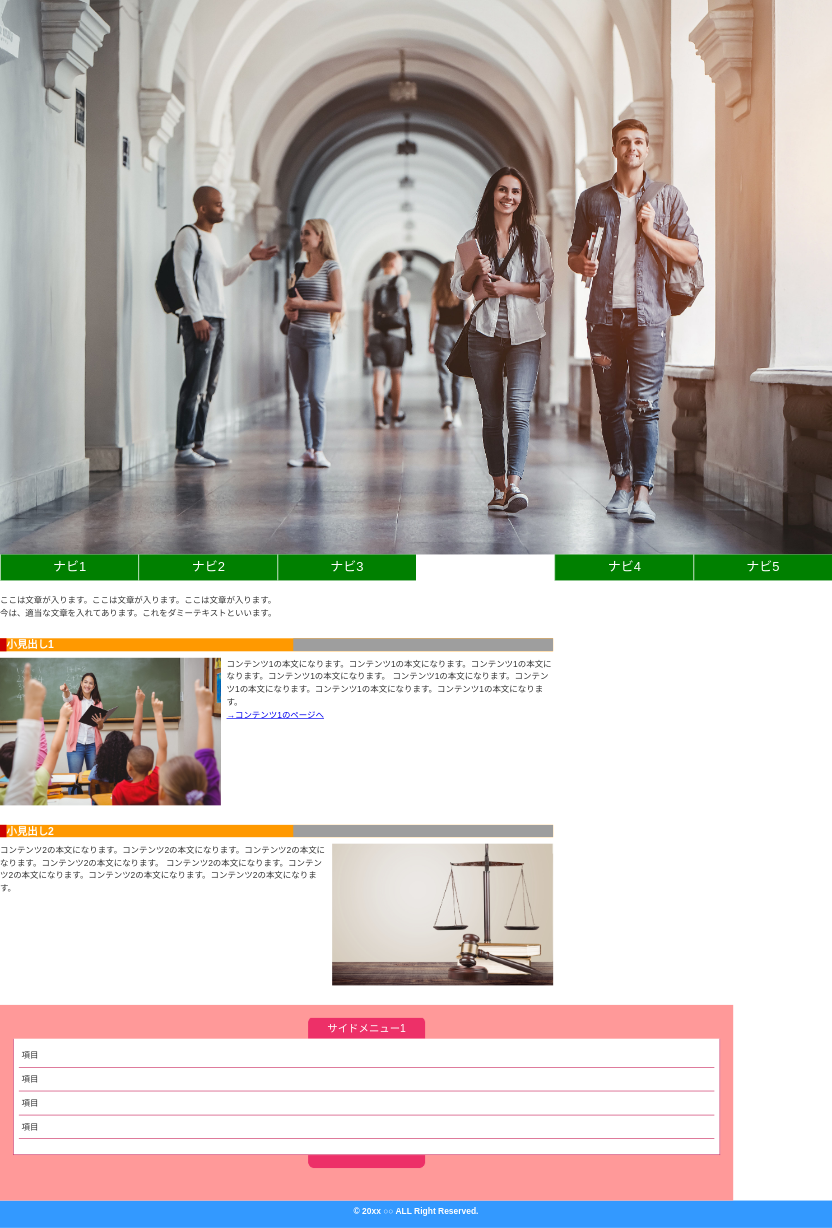
Repository: shirataku0805/samurai_HTML_CSS
Page: samurai/home.html
The author's editor kept a record of every edit. The page is drawn from the files as they stood at one moment, then again after the next edit.
The browser window is 1280 px wide. The pictures show the whole page, at 65% of full size.
Pictures or frames that could not be fetched are drawn as grey boxes.

Above is the page before.

### samurai/home.html
<DOCTYPE html>
<html lang="ja">
  <head>
    <meta charset="UTF-8">
    <title>HTML/CSSの学習</title>
    <link rel="stylesheet" href="stylesheet.css">
  </head>
  <body>
    <div id="header">
      <h1><a href="index.html"><img id="corridor" src="images/corridor.jpg" alt="大学の廊下" /></a></h1>
    </div>
    <div id="wrapper">
      <div id="nav">
        <ul>
          <li><a href="home.html">ナビ1</a></li>
          <li><a href="#">ナビ2</a></li>
          <li><a href="#">ナビ3</a></li><li>
          <li><a href="#">ナビ4</a></li>
          <li><a href="#">ナビ5</a></li>
        </ul>
      </div>
      <div id="container">
        <div id="main">
          <div class="post">
            <p>ここは文章が入ります。ここは文章が入ります。ここは文章が入ります。<br />今は、適当な文章を入れてあります。これをダミーテキストといいます。</p>
          </div>
          <div class="post clearfix">
            <h2>小見出し1</h2>
            <img class="left" src="images/classroom.jpg" alt="授業風景"/>
            <p>
              コンテンツ1の本文になります。コンテンツ1の本文になります。コンテンツ1の本文になります。コンテンツ1の本文になります。
              コンテンツ1の本文になります。コンテンツ1の本文になります。コンテンツ1の本文になります。コンテンツ1の本文になります。
            </p>
            <p><a href="#">→コンテンツ1のページへ</a></p>
          </div>
        <div class="post clearfix">
          <h2>小見出し2</h2>
          <img class="right" src="images/scale.jpg" alt="天秤" />
          <p>
            コンテンツ2の本文になります。コンテンツ2の本文になります。コンテンツ2の本文になります。コンテンツ2の本文になります。
            コンテンツ2の本文になります。コンテンツ2の本文になります。コンテンツ2の本文になります。コンテンツ2の本文になります。
          </p>
        </div>
        </div>
      </div>
      <div id="side">
        <div class="box">
          <h2>サイドメニュー1</h2>
          <div class="boxBody">
            <ul>
              <li>項目</li>
              <li>項目</li>
              <li>項目</li>
              <li>項目</li>
            </ul>
          </div>
        </div>
      </div>
    </div>
    <div id="footer">
      <p>&copy; 20xx ○○ ALL Right Reserved.</p>
    </div>
  </body>
</html>

### samurai/stylesheet.css
@charset"utf-8";
body{
    margin: 0;
    padding: 0;
    font-family: "ヒラギノ角ゴ Pro W3","HI¥iragino Kaku Gothic Pro","メイリオ",Meiryo,Osaka,"MS Pゴシック","MS PGothic",sans-serif;
    color: #333;
    font-size: 13px;
    line-height: 150%;
}
/*----------wrapper--------------*/
#wrapper{
    width: 100%;
    margin: auto;
    padding: 0px;
    border: 0px;
    background-color:  #FFF;
    top: 10px;
    position: relative;
}
/*---------header----------------*/
#header{
    width:100%;
}
#header h1{
    margin: 0;
    padding: 0;
}
#corridor{
    width: 100%;
    height:auto;
}
/*--------footer-----------------*/
#footer{
    clear: both;
    width: 100%;
    padding: 3px 0 3px 0;
    background: #39F;
    color: #FFF;
    font-weight: bold;
    text-align: center
}
/*----------nav--------------*/
#nav{
    width: 100%;
    margin-top: -11;
}
#nav ul{
    display: flex;
    margin: 0;
    padding: 0;
    list-style-type: none;
}
#nav ul li{
    width: 20%;
    text-align: center;
}
#nav ul li a{
    display: block;
    height: 20px;
    margin: 0;
    padding: 10px;
    color: #FFF;
    font-size:20px;
    text-decoration: none;
    background-color: green;
    border-left: 1px solid white;
}
#nav ul li a:hover {
    filter: drop-shadow(10px 10px 10px black);
}
/*-------------container---------------*/
#container{
    width:100%;
    margin: auto;
    padding: auto;
    padding-top: 20px;
    clear: both;
    display: grid;
    grid-template-columns: 70vw 30vw;
}
/*--------------main----------------------*/
#main {
    width: 95%;
    padding-top: 10px 30px 10px 10px;
}
#main h2 {
    margin: 0 0 10px 0;
    color: #FFF;
    font-size: 16px;
    border-left: solid 10px #C00;
    background: #F90 url(../images/main_h2.jpg) right top repeat-y;
}
#main p {
    margin: 0;
    padding: 0;
}
#main .post {
    margin: 0 0 30px 0;
}
#main .post img.right{
    margin: 0 0 0 8px;
}
#main .post img.left{
    margin: 0 8px 0 0;
}
.right {
    float: right;
    width: 40%;
    height: auto;
}
.left{
    float: left;
    width: 40%;
    height: auto;
}

/*------------------clearfix------------------------------*/
.clearfix {
    zoom: 1;
}
.clearfix:after{
    content: "";
    display: block;
    clear: both;
}
/*--------------------side-----------------------------------*/
#side {
    width: 85%;
    padding: 20px;
    background-color: #F99;
}
#side .box{
    margin: 0 auto 30px auto;
    padding: 0 0 20px 0;
    background:url(images/side_box.png) bottom no-repeat;
}
#side .box h2{
    margin: 0;
    padding: 8px;
    text-align: center;
    color:#fff;
    font-size: 16px;
    line-height: 16px;
    font-weight: normal;
    background:url(images/side_box_h2.png) center no-repeat;
}
#side .box .boxBody {
    padding: 8px;
    border-right: solid 1px #C36;
    border-bottom: solid 1px #C36;
    border-left: solid 1px #C36;
    background:#fff;
}
#side .box .boxBody ul {
    margin: 0 0 16px 0;
    padding: 0;
}
#side .box .boxBody ul li{
    padding: 8px 0 8px 4px;
    list-style: none;
    border-bottom: solid 1px #C36;
}
#side .box .boxBody ul li:hover{
    padding: 8px 0 8px 4px;
    list-style: none;
    border-bottom: solid 1px #C36;
    box-shadow: 0px 4px 4px rgba(0,0,0,0.3)
}

After the next edit:
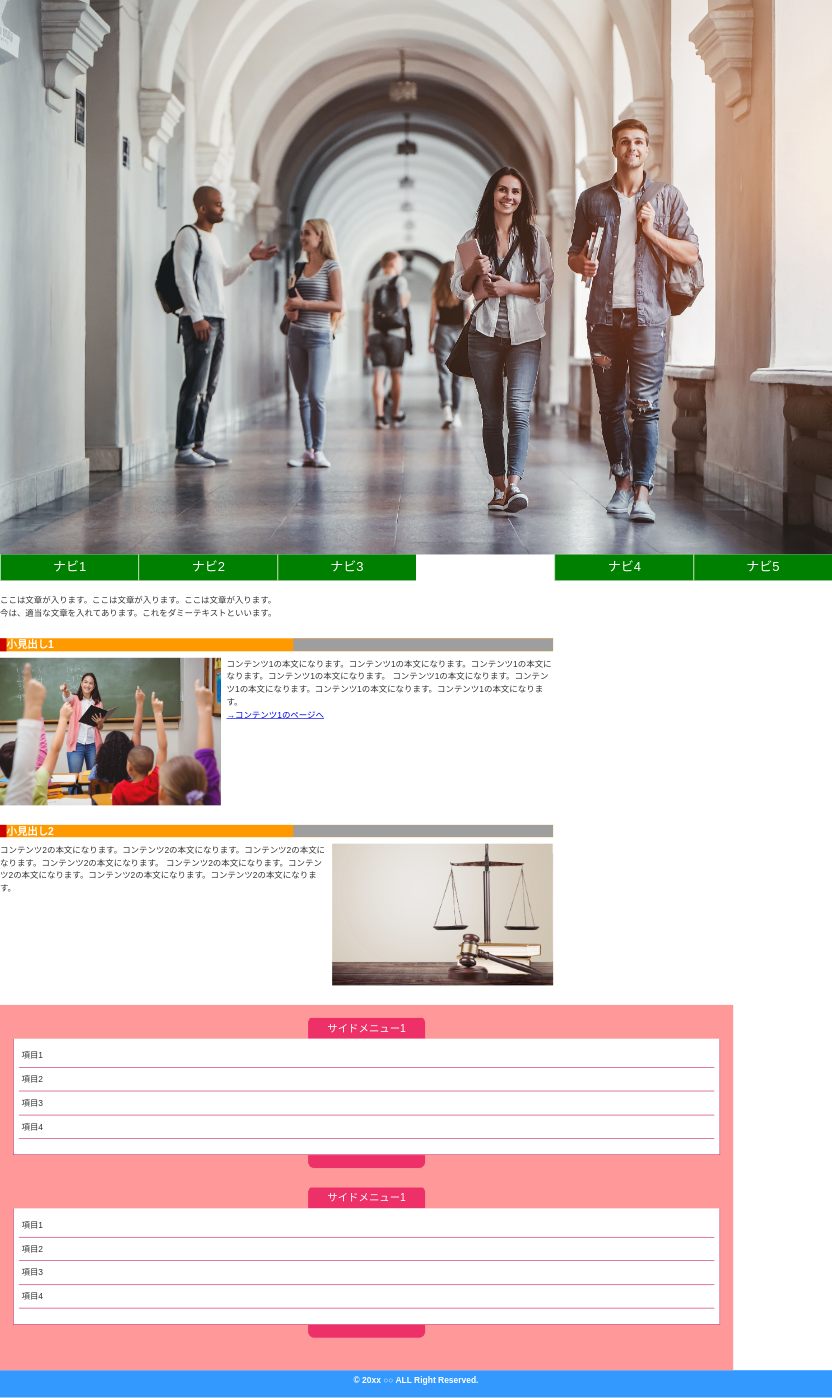
The edit:
--- a/samurai/home.html
+++ b/samurai/home.html
@@ -44,14 +44,26 @@
         </div>
       </div>
       <div id="side">
+
         <div class="box">
           <h2>サイドメニュー1</h2>
           <div class="boxBody">
             <ul>
-              <li>項目</li>
-              <li>項目</li>
-              <li>項目</li>
-              <li>項目</li>
+              <li>項目1</li>
+              <li>項目2</li>
+              <li>項目3</li>
+              <li>項目4</li>
+            </ul>
+          </div>
+        </div>
+        <div class="box">
+          <h2>サイドメニュー1</h2>
+          <div class="boxBody">
+            <ul>
+              <li>項目1</li>
+              <li>項目2</li>
+              <li>項目3</li>
+              <li>項目4</li>
             </ul>
           </div>
         </div>
